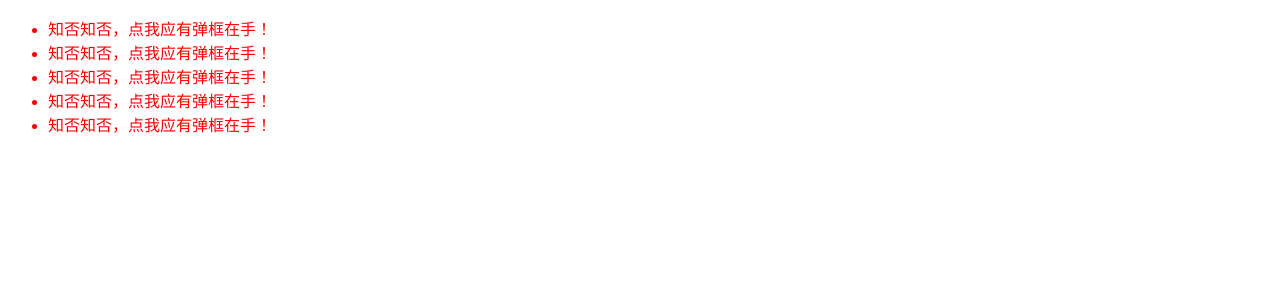
Repository: zhongmoumou/Codes
Page: hello.html
An editor plug-in stored every save of this project. The page is shown before and after the next save, followed by the edit.
The browser window is 1280 px wide. The pictures show the whole page.
After loading, the first visible `ul` was clicked once.

Above is the page before, as saved 2021-12-15 16:38:35.

### hello.html
<!DOCTYPE html>
<html lang="en">
<head>
    <meta charset="UTF-8">
    <meta http-equiv="X-UA-Compatible" content="IE=edge">
    <meta name="viewport" content="width=device-width, initial-scale=1.0">
    <title>Document</title>
</head>
<body>
    <ul>
        <li>知否知否，点我应有弹框在手！</li>
        <li>知否知否，点我应有弹框在手！</li>
        <li>知否知否，点我应有弹框在手！</li>
        <li>知否知否，点我应有弹框在手！</li>
        <li>知否知否，点我应有弹框在手！</li>
    </ul>

    <script>
        // 要求：点击哪个 li，那个被点击的 li 的字体颜色就变成红色，没点击的颜色不变（需要用到排他思想）

        // 1、通过 for 循环遍历的方式，获取所有的子节点 li：
        let li = document.querySelectorAll('li');

        for(let i = 0; i < li.length; i++) {

            li[i].onclick = function() {
                for(let i = 0; i < li.length; i++) {
                    // （1）先让所有的 li 的字体颜色效果去掉
                    li[i].style.color = '';  // 这里不用 this 是因为包含在 for 循环内，获取不到外面的 li[i]
                }
                // （2）然后把点击的 li 的字体颜色变成红色
                this.style.color = 'red';  // this 指的是 li[i]
            }
        }


        // 2、通过事件委托的方式：给父节点 ul 添加侦听器， 利用事件冒泡影响每一个子节点
        let ul = document.querySelector('ul');

        ul.addEventListener('click', function(e) {
            for(let i = 0; i < li.length; i++) {
                ul.children[i].style.color = '';
            }

            // 通过 e.target 可以分别得到我们点击的对象，然后实现点击谁谁变成红色
            e.target.style.color = 'red';
        })
    </script>
</body>
</html>

After the next save:
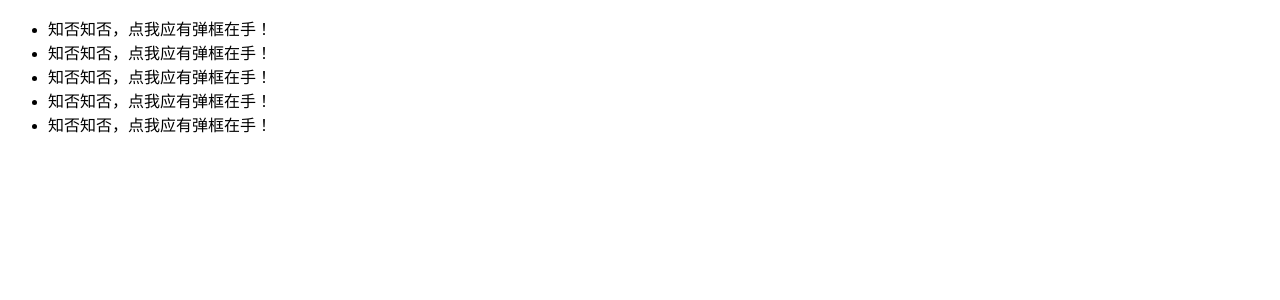
Console error: ReferenceError: li is not defined
Saved 4 s later.
--- a/hello.html
+++ b/hello.html
@@ -19,19 +19,19 @@
         // 要求：点击哪个 li，那个被点击的 li 的字体颜色就变成红色，没点击的颜色不变（需要用到排他思想）
 
         // 1、通过 for 循环遍历的方式，获取所有的子节点 li：
-        let li = document.querySelectorAll('li');
+        // let li = document.querySelectorAll('li');
 
-        for(let i = 0; i < li.length; i++) {
+        // for(let i = 0; i < li.length; i++) {
 
-            li[i].onclick = function() {
-                for(let i = 0; i < li.length; i++) {
-                    // （1）先让所有的 li 的字体颜色效果去掉
-                    li[i].style.color = '';  // 这里不用 this 是因为包含在 for 循环内，获取不到外面的 li[i]
-                }
-                // （2）然后把点击的 li 的字体颜色变成红色
-                this.style.color = 'red';  // this 指的是 li[i]
-            }
-        }
+        //     li[i].onclick = function() {
+        //         for(let i = 0; i < li.length; i++) {
+        //             // （1）先让所有的 li 的字体颜色效果去掉
+        //             li[i].style.color = '';  // 这里不用 this 是因为包含在 for 循环内，获取不到外面的 li[i]
+        //         }
+        //         // （2）然后把点击的 li 的字体颜色变成红色
+        //         this.style.color = 'red';  // this 指的是 li[i]
+        //     }
+        // }
 
 
         // 2、通过事件委托的方式：给父节点 ul 添加侦听器， 利用事件冒泡影响每一个子节点

After the save that followed:
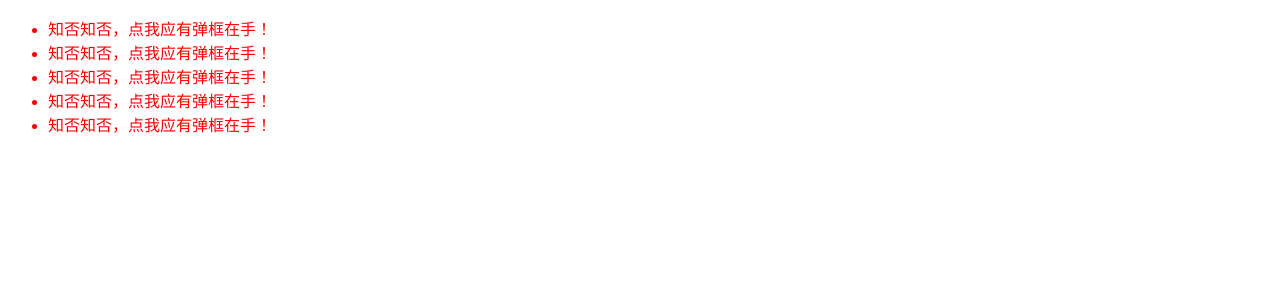
The error is gone.
Saved 19 s later.
--- a/hello.html
+++ b/hello.html
@@ -38,7 +38,7 @@
         let ul = document.querySelector('ul');
 
         ul.addEventListener('click', function(e) {
-            for(let i = 0; i < li.length; i++) {
+            for(let i = 0; i < ul.children.length; i++) {
                 ul.children[i].style.color = '';
             }
 
